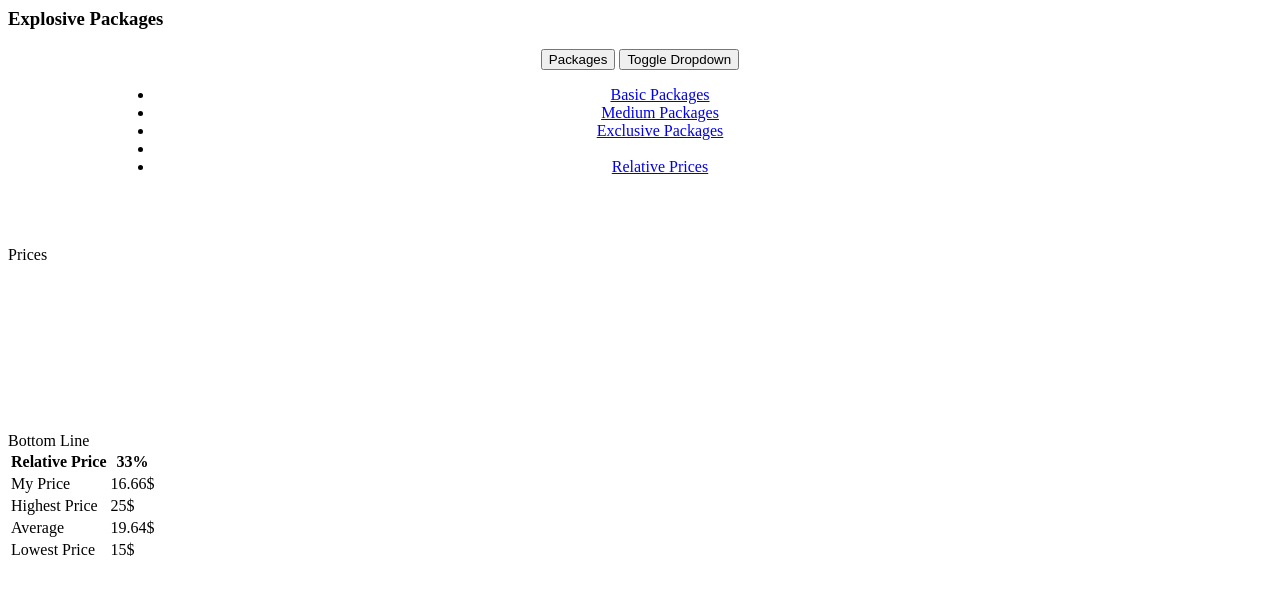
Repository: netaosman/Price-try-course
Page: prixceFrontEnd/src/main/webapp/Prixce_FrontEnd/HTML/Market/pricesPack/HighPackages.html
These files come from the project's save history. The page is drawn as it stood at one moment and after the next save; the edit follows.
The browser window is 1280 px wide. The pictures show the whole page.

Above is the page before, as saved 2017-09-23 02:51:37.

After the next save:
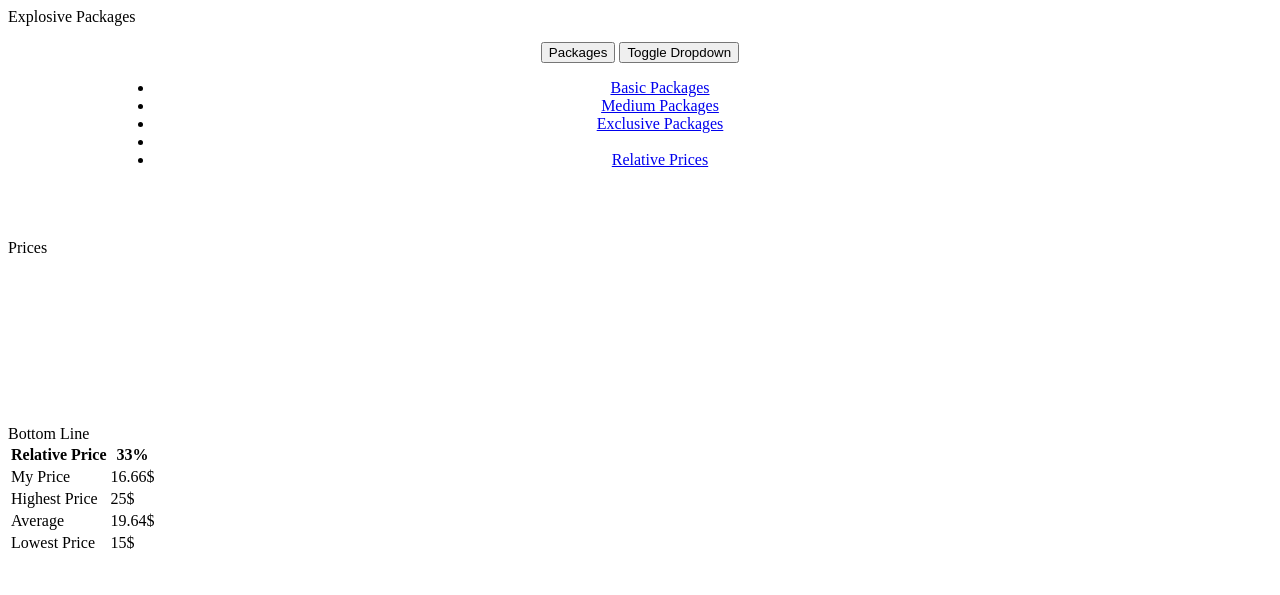
Saved 24 s later.
--- a/prixceFrontEnd/src/main/webapp/Prixce_FrontEnd/HTML/Market/pricesPack/HighPackages.html
+++ b/prixceFrontEnd/src/main/webapp/Prixce_FrontEnd/HTML/Market/pricesPack/HighPackages.html
@@ -1,4 +1,4 @@
-<h3 class="sub-header">Explosive Packages</h3>
+<p class="sub-header">Explosive Packages</p>
 
 <div class="container-fluid">
 	<!-- <h1 class="page-header">Dashboard</h1>-->
